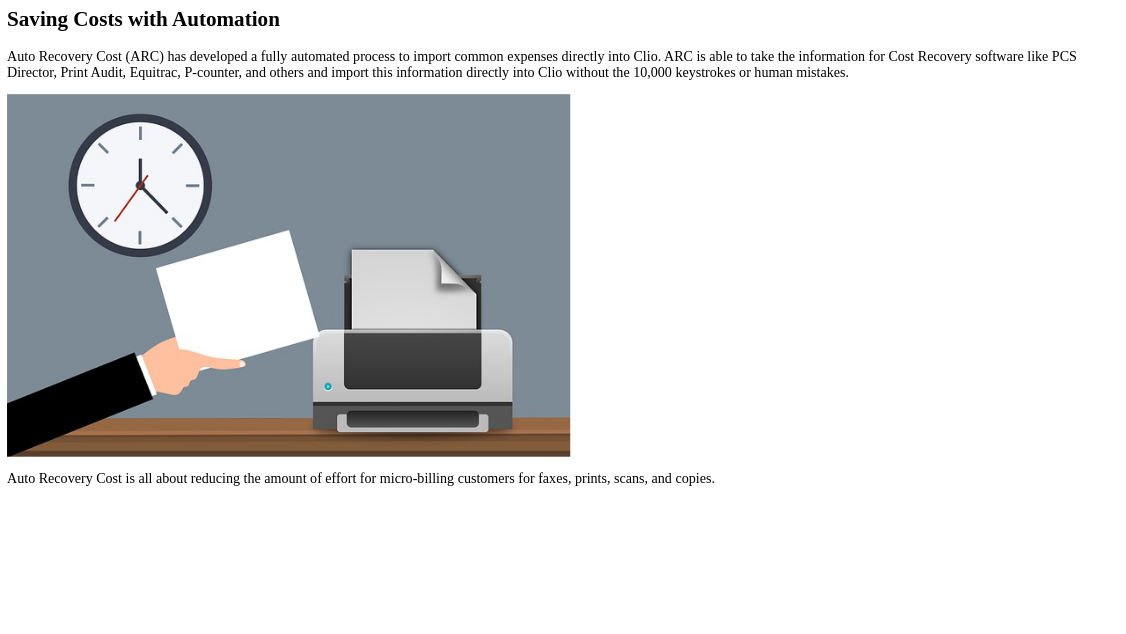
Repository: batmikun/Courses
Page: Front-End/SPA NATIVE JS/src/views/home.html
These files come from the project's save history. The page is drawn as it stood at one moment and after the next save; the edit follows.
The browser window is 1280 px wide. The pictures show the whole page, at 88% of full size.

Above is the page before, as saved 2021-11-21 00:47:37.

### Front-End/SPA NATIVE JS/src/views/home.html
<div class="content">
    <div class="content__fc">
        <h2>Saving Costs with Automation</h2>
        <p>
            Auto Recovery Cost (ARC) has developed a fully automated process to import common expenses directly into Clio.  ARC is able to take the information for Cost Recovery software like PCS Director, Print Audit, Equitrac, P-counter, and others and import this information directly into Clio without the 10,000 keystrokes or human mistakes.
        </p>
        <img src="../images/paragraph1.jpg" alt="Printer">
    </div>
    <div class="content__fc">
       <p>
            Auto Recovery Cost is all about reducing the amount of effort for micro-billing customers for faxes, prints, scans, and copies.
       </p>
    </div>
</div>

After the next save:
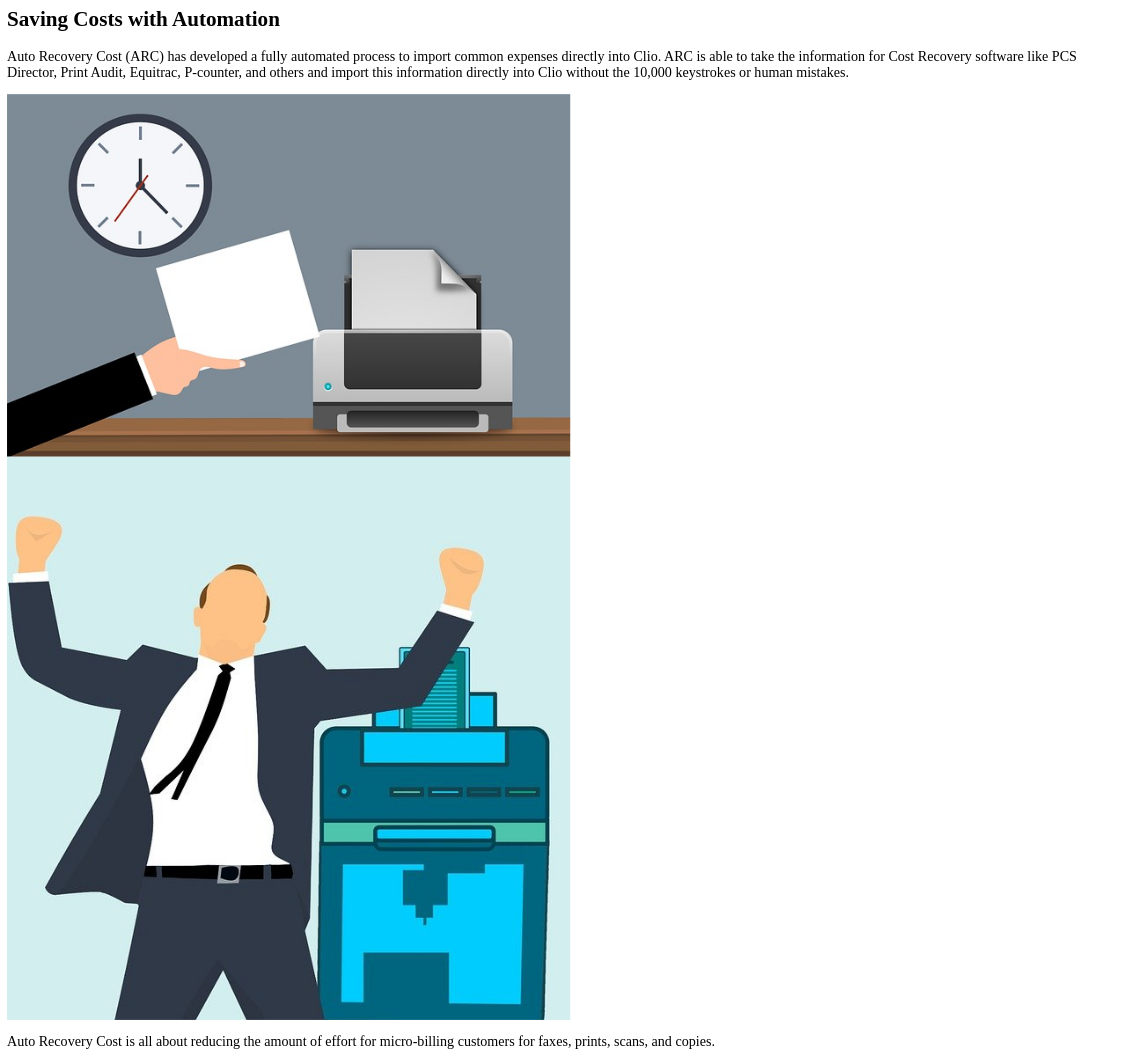
Saved 68 s later.
--- a/Front-End/SPA NATIVE JS/src/views/home.html
+++ b/Front-End/SPA NATIVE JS/src/views/home.html
@@ -7,8 +7,9 @@
         <img src="../images/paragraph1.jpg" alt="Printer">
     </div>
     <div class="content__fc">
-       <p>
+        <img src="../images/paragraph2.jpg" alt="Printer">
+        <p>
             Auto Recovery Cost is all about reducing the amount of effort for micro-billing customers for faxes, prints, scans, and copies.
-       </p>
+        </p>
     </div>
 </div>
